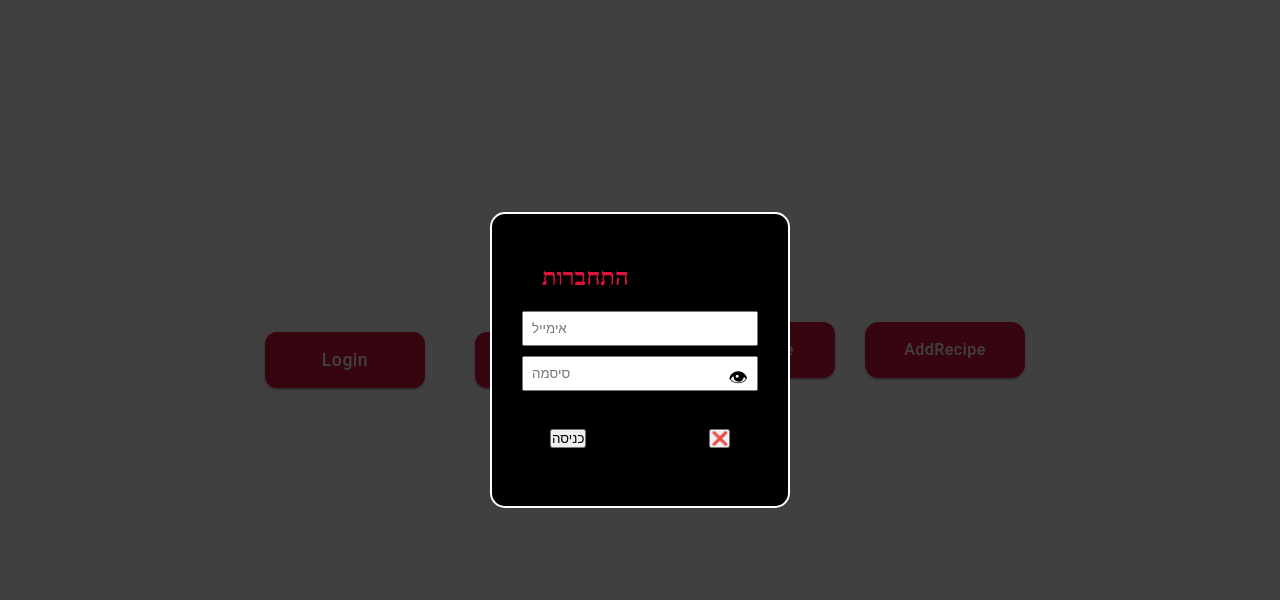
Repository: saraAber/Recipes_ReactProject
Page: /Login
These files come from the project's save history. The page is drawn as it stood at one moment and after the next save; the edit follows.
The browser window is 1280 px wide. The pictures show the whole page.
The project was rebuilt for these pictures with package versions that can differ from the ones it lists, and the page was loaded fresh each time. Also part of the build but not shown: vite.config.ts, src/components/SignIn.tsx, src/components/userContext.tsx, src/components/GetRecipes.tsx, src/components/CategoriesContext.tsx, src/components/addRecipe.tsx, src/components/EditRecipe.tsx.

Above is the page before, as saved 2025-05-06 16:22:49.

### src/main.tsx
// import { BrowserRouter as Router, Routes, Route } from "react-router-dom";
// import HomePage from "./components/HomePage.tsx";
// import Recipes from './components/Recipes.tsx'
// import AddRecipe from './components/addRecipe.tsx';
// import EditRecipe from './components/editRecipe.tsx';
// import { AuthProvider } from "./contexts/AuthUserContext.tsx";
// import { Outlet } from 'react-router-dom';

// function App() {

//   return (
//     <>
//       <AuthProvider>
//         <Router>
//           <Routes>
//             <Route path="/" element={<Outlet />} />
//             <Route path='*' element={<HomePage />} />
//             <Route path='/recipes' element={<Recipes />} />
//             <Route path="/editRecipe" element={<EditRecipe recipeId={1} onRecipeUpdated={(updatedRecipe) => console.log(updatedRecipe)} />} />
//             <Route path='/addRecipe' element={<AddRecipe />} />

//           </Routes>
//           <Outlet />
//         </Router>
//       </AuthProvider>

//     </>
//   )
// }
// export default App


import { createRoot } from 'react-dom/client'
import App from "./App";
import { createBrowserRouter, RouterProvider } from 'react-router-dom'
import SignIn from './components/SignIn.tsx'
import Login from './components/Login.tsx'
import GetRecipes from './components/GetRecipes.tsx'
import AddRecipe from './components/AddRecipe'
import EditRecipe from './components/EditRecipe'

const routes = createBrowserRouter([

  {
    path: '*', // דף הבית הראשי

    element:
      <App />,

    children: [

      { path: 'Login', element: <Login /> },
      { path: 'SignIn', element: <SignIn /> },
      { path: 'GetRecipes', element: <GetRecipes /> },
      { path: 'AddRecipe', element: <AddRecipe /> },
      { path: 'edit-recipe/:id', element: <EditRecipe /> }

    ],
  },
]);
createRoot(document.getElementById('root')!).render(

  <RouterProvider router={routes} />,

);

### src/App.tsx
import { Outlet } from "react-router-dom";
import "./App.css";
import HomePage from "./components/HomePage";
import { AuthProvider } from "./contexts/AuthUserContext";

function App() {
  console.log("App Loaded!");

  return (
    <AuthProvider>
      <HomePage />
      <Outlet />
    </AuthProvider>
  );
}

export default App;

### src/components/Login.tsx
import { useState } from "react";
import { useNavigate } from "react-router-dom";
import { useAuth } from "../contexts/AuthUserContext";
import axios from "axios";

function Login({ onClose }: { onClose?: () => void }) {
  const [email, setEmail] = useState("");
  const [password, setPassword] = useState("");
  const [showPassword, setShowPassword] = useState(false);
  const [error, setError] = useState("");
  const { saveUser } = useAuth();
  const navigate = useNavigate();

  const handleLogin = async () => {
    setError("");
    if (!email || !password) {
      setError("מלא את כל השדות");
      return;
    }

    try {
      const res = await axios.post("http://localhost:8080/api/user/signin", {
        username: email,
        password,
      });
      saveUser(res.data.user);
      navigate("/recipes");
      onClose?.(); // בדיקה בטוחה
    } catch (err) {
      setError("שגיאה בהתחברות. בדוק את הפרטים.");
    }
  };

  return (
    <div className="modal-overlay">
      <div className="modal">
        <h2>התחברות</h2>
        <input
          type="email"
          placeholder="אימייל"
          value={email}
          onChange={(e) => setEmail(e.target.value)}
        />
        <div className="password-wrapper">
          <input
            type={showPassword ? "text" : "password"}
            placeholder="סיסמה"
            value={password}
            onChange={(e) => setPassword(e.target.value)}
          />
          <button
            type="button"
            className="toggle-password"
            onClick={() => setShowPassword(!showPassword)}
          >
            {showPassword ? "🙈" : "👁"}
          </button>
        </div>

        {error && <p className="error">{error}</p>}
        <div className="modal-buttons">
          <button onClick={handleLogin}>כניסה</button>
          <button onClick={() => onClose?.()}>❌</button>
        </div>
      </div>
    </div>
  );
}

export default Login;

### src/App.css
* {
  margin: 0;
  padding: 0;
  box-sizing: border-box;
}

html, body {
  height: 100%;
  width: 100%;
  overflow: hidden;
}

body {
  display: flex;
  justify-content: center;
  align-items: center;
  /* background-image: url('/קופצות.jpg'); */
  background-repeat: no-repeat;
  background-position: center;
  background-size: contain;
  /* background-color: black;  */
}




.home-container {
  text-align: center;
  padding: 2rem;
}

.button-group button {
  margin: 10px;
  padding: 10px 20px;
  font-size: 1.1rem;
}

.modal-overlay {
  position: fixed;
  top: 0; left: 0; right: 0; bottom: 0;
  background: rgba(0, 0, 0, 0.75);
  display: flex; align-items: center; justify-content: center;
  z-index: 1000;
}

.modal {
  background: #000;
  color: #DC143C;
  padding: 30px;
  border: 2px solid white;
  border-radius: 15px;
  width: 300px;
}

.modal input {
  width: 100%;
  margin-bottom: 10px;
  padding: 8px;
}

.modal-buttons {
  display: flex;
  justify-content: space-between;
  padding: 28px;
}

.error {
  color: red;
  font-size: 12px;
}

.password-wrapper {
  position: relative;
}

.password-wrapper input {
  width: 100%;
  padding-right: 40px;
  box-sizing: border-box;
}

.toggle-password {
  position: absolute;
  top: 50%;
  right: 10px;
  transform: translateY(-50%);
  background: transparent;
  border: none;
  cursor: pointer;
  font-size: 1.2rem;
}

.handleLogin{
 width: 15px;
}

h2{
  padding: 20px;
}

.handleSignup{
  width: 15px;
  height: 15px;
}

### src/components/HomePage.tsx
import { useState } from "react";
import { useNavigate, Link } from "react-router-dom";
import { useAuth } from "../contexts/AuthUserContext";
import LoginModal from "./Login";
import SignupModal from "./SignIn";
import { Button } from '@mui/material';

function HomePage() {
  const [showLogin, setShowLogin] = useState(false);
  const [showSignup, setShowSignup] = useState(false);
  const navigate = useNavigate();
  const { user } = useAuth();

  return (
    <div
      className="home-container"
      style={{
        display: 'flex',
        flexDirection: 'column',
        justifyContent: 'center',
        alignItems: 'center',
        minHeight: '100vh',
        padding: '50px 20px',
        boxSizing: 'border-box',
      }}
    >
      <div
        className="button-group"
        style={{
          display: 'flex',
          flexDirection: 'row',
          gap: '30px',
          flexWrap: 'wrap',
        }}
      >
        {!user && (
          <>
            <Button
              onClick={() => setShowLogin(true)}
              variant="contained"
              sx={{
                bgcolor: '#DC143C',
                '&:hover': { bgcolor: '#B22222' },
                height: '56px',
                width: '160px',
                fontSize: '16px',
                borderRadius: '12px',
                textTransform: 'none',
              }}
            >
              Login
            </Button>
            <Button
              onClick={() => setShowSignup(true)}
              variant="contained"
              sx={{
                bgcolor: '#DC143C',
                '&:hover': { bgcolor: '#B22222' },
                height: '56px',
                width: '160px',
                fontSize: '16px',
                borderRadius: '12px',
                textTransform: 'none',
              }}
            >
              SignIn
            </Button>
          </>
        )}
        <Button
          component={Link}
          to={"/GetRecipes"}
          variant="contained"
          sx={{
            bgcolor: '#DC143C',
            '&:hover': { bgcolor: '#B22222' },
            height: '56px',
            width: '160px',
            fontSize: '16px',
            borderRadius: '12px',
            textTransform: 'none',
          }}
        >
          GetRecipe
        </Button>
        <Button
          component={Link}
          to={"/AddRecipe"}
          variant="contained"
          sx={{
            bgcolor: '#DC143C',
            '&:hover': { bgcolor: '#B22222' },
            height: '56px',
            width: '160px',
            fontSize: '16px',
            borderRadius: '14px',
            textTransform: 'none',
          }}
        >
          AddRecipe
        </Button>
      </div>

      {/* מודאלים */}
      {showLogin && <LoginModal onClose={() => setShowLogin(false)} />}
      {showSignup && <SignupModal onClose={() => setShowSignup(false)} />}
    </div>
  );
}

export default HomePage;

### src/contexts/AuthUserContext.tsx
import React, { ReactNode, createContext, useContext, useState } from "react";


// ממשק שמגדיר את סוגי הנתונים
export interface SignInFormInputs {
    username: string;
    email: string;
    password: string;
}

// טיפוס לקונטקסט
// טיפוס לקונטקסט
export interface AuthContextType {
    user: SignInFormInputs | null;
    isLoggedIn: boolean;
    saveUser: (user: SignInFormInputs) => void;
    clearUser: () => void;
}


// יצירת הקונטקסט
const AuthContext = createContext<AuthContextType | undefined>(undefined);

export interface AuthProviderProps {
    children: ReactNode;
}

// ספק גישה לנתוני המשתמש
export const AuthProvider: React.FC<AuthProviderProps> = ({ children }) => {
    const [user, setUser] = useState<SignInFormInputs | null>(() => {
        const storedUser = localStorage.getItem("user");
        return storedUser ? JSON.parse(storedUser) : null;
    });

    const [isLoggedIn, setIsLoggedIn] = useState<boolean>(!!user);

    const saveUser = (user: SignInFormInputs) => {
        localStorage.setItem("user", JSON.stringify(user));
        setUser(user);
        setIsLoggedIn(true);
    };

    const clearUser = () => {
        localStorage.removeItem("user");
        setUser(null);
        setIsLoggedIn(false);
    };

    return (
        <AuthContext.Provider value={{ user, isLoggedIn, saveUser, clearUser  }}>
            {children}
        </AuthContext.Provider>
    );
};

// הוק לשימוש בקונטקסט
export const useAuth = (): AuthContextType => {
    const context = useContext(AuthContext);
    if (!context) {
        throw new Error("useAuth must be used within an AuthProvider");
    }
    return context;
};

Loaded but not shown: index.html (common file)

After the next save:
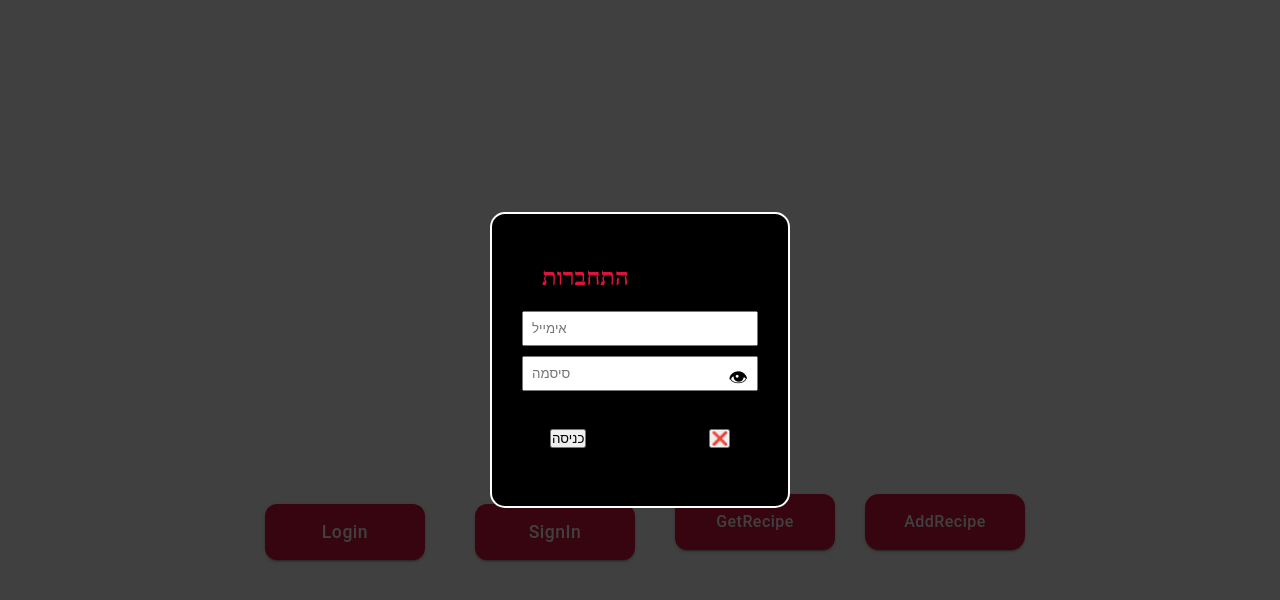
Saved 102 s later.
--- a/src/components/HomePage.tsx
+++ b/src/components/HomePage.tsx
@@ -1,9 +1,10 @@
 import { useState } from "react";
-import { useNavigate, Link } from "react-router-dom";
+import { useNavigate } from "react-router-dom";
 import { useAuth } from "../contexts/AuthUserContext";
 import LoginModal from "./Login";
 import SignupModal from "./SignIn";
 import { Button } from '@mui/material';
+import { Link } from 'react-router-dom';
 
 function HomePage() {
   const [showLogin, setShowLogin] = useState(false);
@@ -16,12 +17,11 @@ function HomePage() {
       className="home-container"
       style={{
         display: 'flex',
-        flexDirection: 'column',
         justifyContent: 'center',
-        alignItems: 'center',
-        minHeight: '100vh',
-        padding: '50px 20px',
-        boxSizing: 'border-box',
+        alignItems: 'flex-end',
+        height: '100vh',
+        paddingBottom: '150px',
+        // marginTop: '150px',
       }}
     >
       <div
@@ -29,8 +29,7 @@ function HomePage() {
         style={{
           display: 'flex',
           flexDirection: 'row',
-          gap: '30px',
-          flexWrap: 'wrap',
+          gap: '30px', // רווח בין כפתורים
         }}
       >
         {!user && (
@@ -100,8 +99,6 @@ function HomePage() {
           AddRecipe
         </Button>
       </div>
-
-      {/* מודאלים */}
       {showLogin && <LoginModal onClose={() => setShowLogin(false)} />}
       {showSignup && <SignupModal onClose={() => setShowSignup(false)} />}
     </div>
